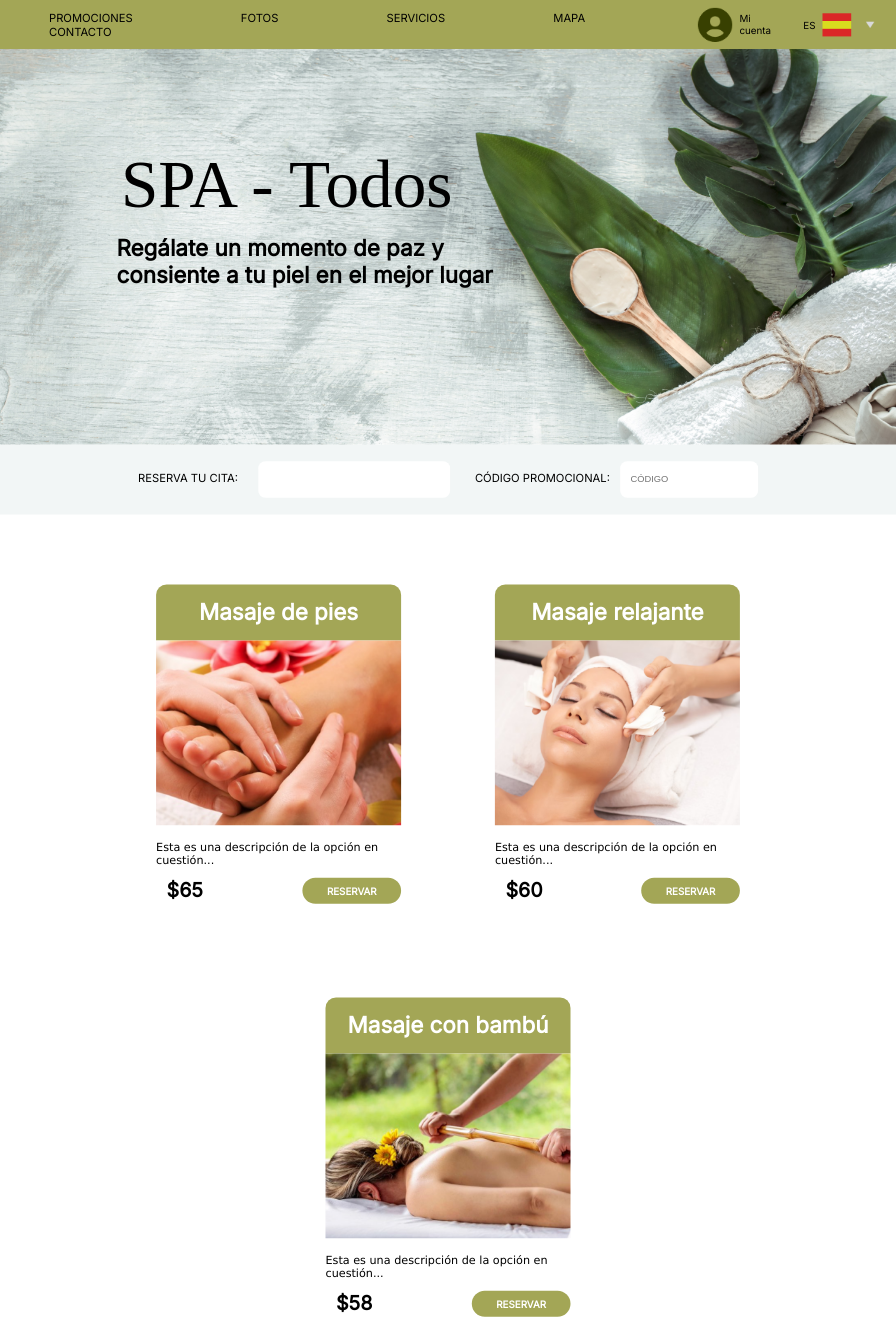
Repository: alexc492/Spa
Page: index.html
These files come from the project's save history. The page is drawn as it stood at one moment and after the next save; the edit follows.
The browser window is 1280 px wide. The pictures show the part of the page from y = 0 to 1920 px (the page is 2844 px tall), at 70% of full size.
Some web fonts or font styles are not loaded; a fallback is used.

Above is the page before, as saved 2025-05-27 04:02:34.

### index.html
<!DOCTYPE html>
<html lang="en">
<head>
    <meta charset="UTF-8">
    <meta name="viewport" content="width=device-width, initial-scale=1.0">
    <title>SPA</title>
    <link rel="stylesheet" href="styleSpa.css">
    <link href="https://fonts.googleapis.com/css2?family=Inter&display=swap" rel="stylesheet">
    <link href="https://fonts.googleapis.com/css2?family=Romanesco&display=swap" rel="stylesheet">
</head>
<body>
    <!-- Menú -->
     <header>
        <nav>
            <ul>
                <li><a href="#promociones">PROMOCIONES</a></li>
                <li><a href="#fotos">FOTOS</a></li>
                <li><a href="#servicios">SERVICIOS</a></li>
                <li><a href="#mapa">MAPa</a></li>
                <li><a href="#contacto">CONTACTO</a></li>
            </ul>
            <div class="derecha">
                <div class="user">
                    <img src="images/user.png" alt="avatar">
                    <span class="miniatura">Mi cuenta</span>
                </div>
                <div class="language">
                    <span class="miniatura">ES</span>
                    <img src="images/flag.png" alt="bandera">
                </div>
                <div class="flecha">
                    <img src="images/arrow.png" alt="flecha">
                </div>
            </div>
        </nav>
     </header>
    <!-- Contenido -->
     <div class="fondo">
        <img src="images/main.png" alt="fondo">
     </div>
     <div class="titulo">
        <h1>SPA - Todos</h1>
        <p>Regálate un momento de paz y <br> consiente a tu piel en el mejor lugar</p>
     </div>
     <!-- Reserva -->
      <div class="reserva">
        <div class="rc">
            <label for="reserva">Reserva tu cita:</label>
            <input type="text" id="cita" name="cita">
        </div>
        <div class="cp">
            <label for="codigo">Código promocional:</label>
            <input type="text" placeholder="CÓDIGO" id="promocional" name="promocional">
        </div>
      </div>
     <!-- Masajes -->
      <div class="tipos">
        <div class="masajes">
            <div class="masaje">
                <div class="nombre">
                    <h2>Masaje de pies</h2>
                </div>
                <div class="img-masaje">
                    <img src="images/pies.png" alt="Masaje de pies">
                </div>
                <div class="descripcion">
                    <p>Esta es una descripción de la opción en cuestión...</p>
                </div>
                <div class="pb">
                    <div class="precio">$65</div>
                    <!-- Botón de reserva -->
                    <div class="boton-reserva">
                        <a href="#reserva">Reservar</a>
                    </div>
                </div>
            </div>
            <div class="masaje">
                <div class="nombre">
                    <h2>Masaje relajante</h2>
                </div>
                <div class="img-masaje">
                    <img src="images/relajante.png" alt="Masaje relajante">
                </div>
                <div class="descripcion">
                    <p>Esta es una descripción de la opción en cuestión...</p>
                </div>
                <div class="pb">
                    <div class="precio">$60</div>
                    <!-- Botón de reserva -->
                    <div class="boton-reserva">
                        <a href="#reserva">Reservar</a>
                    </div>
                </div>
            </div>
            <div class="masaje">
                <div class="nombre">
                    <h2>Masaje con bambú</h2>
                </div>
                <div class="img-masaje">
                    <img src="images/bambu.png" alt="Masaje con bambú">
                </div>
                <div class="descripcion">
                    <p>Esta es una descripción de la opción en cuestión...</p>
                </div>
                <div class="pb">
                    <div class="precio">$58</div>
                    <!-- Botón de reserva -->
                    <div class="boton-reserva">
                        <a href="#reserva">Reservar</a>
                    </div>
                </div>
            </div>
        </div>
      </div>
    <!-- Planes de socio -->
    <div class="tipo-plan">
        <div class="descripcion-plan">
            <h2>Hazte socio y prueba nuestros beneficios</h2>
        </div>
        <div class="planes">
            <div class="plan">
                <div class="img-plan">
                    <img src="images/gold.png" alt="Plan Gold">
                </div>
                <div class="nombre-plan">
                    <h2>Gold</h2>
                </div>
                <!-- Botón ver condiciones -->
                <div class="boton-condiciones">
                    <a href="#vercondiciones">Ver condiciones</a>
                </div>
                <div class="beneficios">
                    <ul>
                        <li>Gimnasio</li>
                        <li>Piscina</li>
                        <li>Todos los tratamientos</li>
                    </ul>
                </div>
            </div>
            <div class="plan">
                <div class="img-plan">
                    <img src="images/premium.png" alt="Plan Premium">
                </div>
                <div class="nombre-plan">
                    <h2>Premium</h2>
                </div>
                <!-- Botón ver condiciones -->
                <div class="boton-condiciones">
                    <a href="#vercondiciones">Ver condiciones</a>
                </div>
                <div class="beneficios">
                    <ul>
                        <li>Gimnasio</li>
                        <li>Todos los tratamientos</li>
                    </ul>
                </div>
            </div>
            <div class="plan">
                <div class="img-plan">
                    <img src="images/plate.png" alt="Plan Gold">
                </div>
                <div class="nombre-plan">
                    <h2>Plate</h2>
                </div>
                <!-- Botón ver condiciones -->
                <div class="boton-condiciones">
                    <a href="#vercondiciones">Ver condiciones</a>
                </div>
                <div class="beneficios">
                    <ul>
                        <li>Tratamientos faciales</li>
                    </ul>
                </div>
            </div>
        </div>
    </div>
    <!-- Footer -->
    <footer class="footer">
        <ul>
            <li><a href="#politicasdecookies">Políticas de cookies</a></li>
            <li><a href="#avisolegal">Aviso legal</a></li>
            <li><a href="#protecciondedatos">Protección de datos</a></li>
            <li><a href="#mapadelsitio">Mapa del sitio</a></li>
        </ul>
        <div class="redes">
            <span>Síguenos en</span>
            <img src="images/rs_facebook.png" alt="facebook">
            <img src="images/rs_twiter.png" alt="twitter">
            <img src="images/rs_youtube.png" alt="youtube">
        </div>
    </footer>
</body>
</html>

### styleSpa.css
body{
    font-family:'Inter', sans-serif;
    background: #FFF;
    margin: 0;
    padding: 0;
}
/* Menú */
nav{
    background-color: #A3A656;
    color: #000;
    height: 70px;
    width: 100vw;
    top: 0;
    left: 0;
    display: flex;
    align-items: center;
}
nav ul{
    list-style: none;
    text-decoration: none;
    padding-left: 70px;
}
nav ul a{
    text-decoration: none;
    color: #000;
}
nav ul li{
    display: inline;
    padding-right: 150px;
    font-size: 16px;
    font-weight: 400;
    text-transform: uppercase;
}
nav ul li:hover{
    background-color: #FFFF00;
}

nav .derecha{
    display: flex;
    align-items: flex-end center;
    margin-left: auto;
}
.miniatura{
    font-weight: 400;
    font-size: 14px;
}
.user{
    display: flex;
    align-items: center;
    margin-left: auto;
}
nav .user img{
    width: 50px;
    height: 50px;
    margin-right: 10px;
}
nav .user span{
    margin-right: 45px;
}
.language{
    display: flex;
    align-items: center;
    margin-left: auto;
    margin-right: 20px;
}
nav .language span{
    margin-right: 10px;
}
nav .flecha{
    display: flex;
    align-items: center;
    margin-left: auto;
    margin-right: 30px;
}

/* Contenido */
.fondo img{
    width: 100vw;
}
.titulo h1{
    font-family: 'Romanesco', cursive;
    color: #000;
    font-size: 96px;
    font-weight: 400;
    position: absolute;
    top: 20%;
    left: 13.5%;
}
.titulo p{
    font-family: 'Inter', sans-serif;
    color: #000;
    font-size: 32px;
    font-weight: 600;
    position: absolute;
    top: 42%;
    left: 13%;
    list-style: inline;
}

/* Reserva */
.reserva{
    background: #F2F6F6;
    height: 100px;
    width: 100vw;
    margin-top: -4px;
    display: flex;
    align-items: center;
    justify-content: center;
}
.reserva label{
    color: #000;
    font-family: 'Inter', sans-serif;
    font-size: 16px;
    font-weight: 400;
    text-transform: uppercase;
}
.rc label{
    margin-right: 25px;
}
.rc input{
    width: 270px;
    height: 50px;
    border-radius: 10px;
    border: none;
}
.cp label{
    margin-left: 35px;
    margin-right: 10px;
}
.cp input{
    width: 180px;
    height: 50px;
    border-radius: 10px;
    border: none;
    padding-left: 15px;
}

/* Masajes */
.tipos .masajes{
    display: flex;
    justify-content: center;
    align-items: center;
    flex-wrap: wrap;
    gap: 134px;
    padding-top: 100px;
    padding-bottom: 70px;
}
.masaje{
    background: #FFF;
    font-family: Verdana, Geneva, Tahoma, sans-serif;
    border-radius: 15px 15px 0px 0px;
    width: 350px;
}
.masaje .nombre h2{
    background: #A3A656;
    color: #FFF;
    font-family: 'Inter', sans-serif;
    font-size: 32px;
    font-weight: 600;
    text-align: center;
    margin: 0;
    padding: 20px 0px 0px 0px;
    height: 60px;
    border-radius: 15px 15px 0px 0px;
}
.masaje .precio{
    font-family: 'Inter', sans-serif;
    font-weight: 600;
    font-size: 28px;
    padding-left: 15px;
}
.pb{
    display: flex;
    justify-content: space-between;
    align-items: center;
}
.masaje .boton-reserva{
    background: #A3A656;
    font-family: 'Inter', sans-serif;
    font-weight: 600;
    font-size: 14px;
    text-align: center;
    padding: 10px 35px;
    border-radius: 35px;
    cursor: pointer;
}
.masaje .boton-reserva:hover{
    background: #384001;
}
.boton-reserva a{
    text-decoration: none;
    color: #FFF;
    text-transform: uppercase;
}

/* Planes */
.tipo-plan{
    background: #F2F6F6;
    height: 770px;
    width: 100vw;
}
.tipo-plan .descripcion-plan h2{
    font-family: 'Inter', sans-serif;
    font-weight: 600;
    font-size: 32px;
    color: #000;
    text-align: center;
    padding-top: 35px;
    padding-bottom: 50px;
}
.tipo-plan .planes{
    display: flex;
    justify-content: center;
    align-items: center;
    flex-wrap: wrap;
    gap: 150px;
}
.plan .img-plan{
    background:#FFF;
    width: 233px;
    height: 233px;
    padding: 11px;
    border-radius: 50%;
    border:#384001 solid 10px;
    display: flex;
    justify-content: center;
    align-items: center;
}
.plan .nombre-plan{
    font-family: 'Inter', sans-serif;
    font-weight: 600;
    font-size: 20px;
    color: #000;
    text-transform: uppercase;
    text-align: center;
}
.plan .boton-condiciones a{
    text-decoration: none;
    color: #FFF;
    text-transform: uppercase;
}
.plan .boton-condiciones{
    background: #A3A656;
    font-family: 'Inter', sans-serif;
    font-weight: 600;
    font-size: 14px;
    text-align: center;
    padding: 20px 35px;
    border-radius: 35px;
    cursor: pointer;
}
.plan .boton-condiciones:hover{
    background: #384001;
}
.plan .beneficios{
    font-family: 'Inter', sans-serif;
    font-weight: 400;
    font-size: 16px;
    color: #000;
    display: flex;
    justify-content: center;
}
.plan .beneficios ul li{
    padding: 6px 0px 0px;
}

/* Footer */
.footer{
    background: #384001;
    height: 97px;
    width: 100vw;
    display: flex;
    align-items: center;
}
.footer ul{
    list-style: none;
    text-decoration: none;
    padding-left: 70px;
}
.footer ul a{
    text-decoration: none;
    color: #A3A656;
}
.footer ul li{
    display: inline;
    padding-right: 80px;
    font-family: 'Inter', sans-serif;
    font-size: 16px;
    font-weight: 400;
    text-transform: uppercase;
}
.footer .redes{
    display: flex;
    align-items: flex-end center;
    margin-left: auto;
}
.redes{
    display: flex;
    align-items: center;
    margin-left: auto;
    margin-right: 20px;
}
.footer .redes span{
    color: #A3A656;
    font-family: 'Inter', sans-serif;
    font-weight: 400;
    font-size: 16px;
    text-transform: uppercase;
    margin-right: 25px;
}
.footer .redes img{
    padding-right: 35px;
}

After the next save:
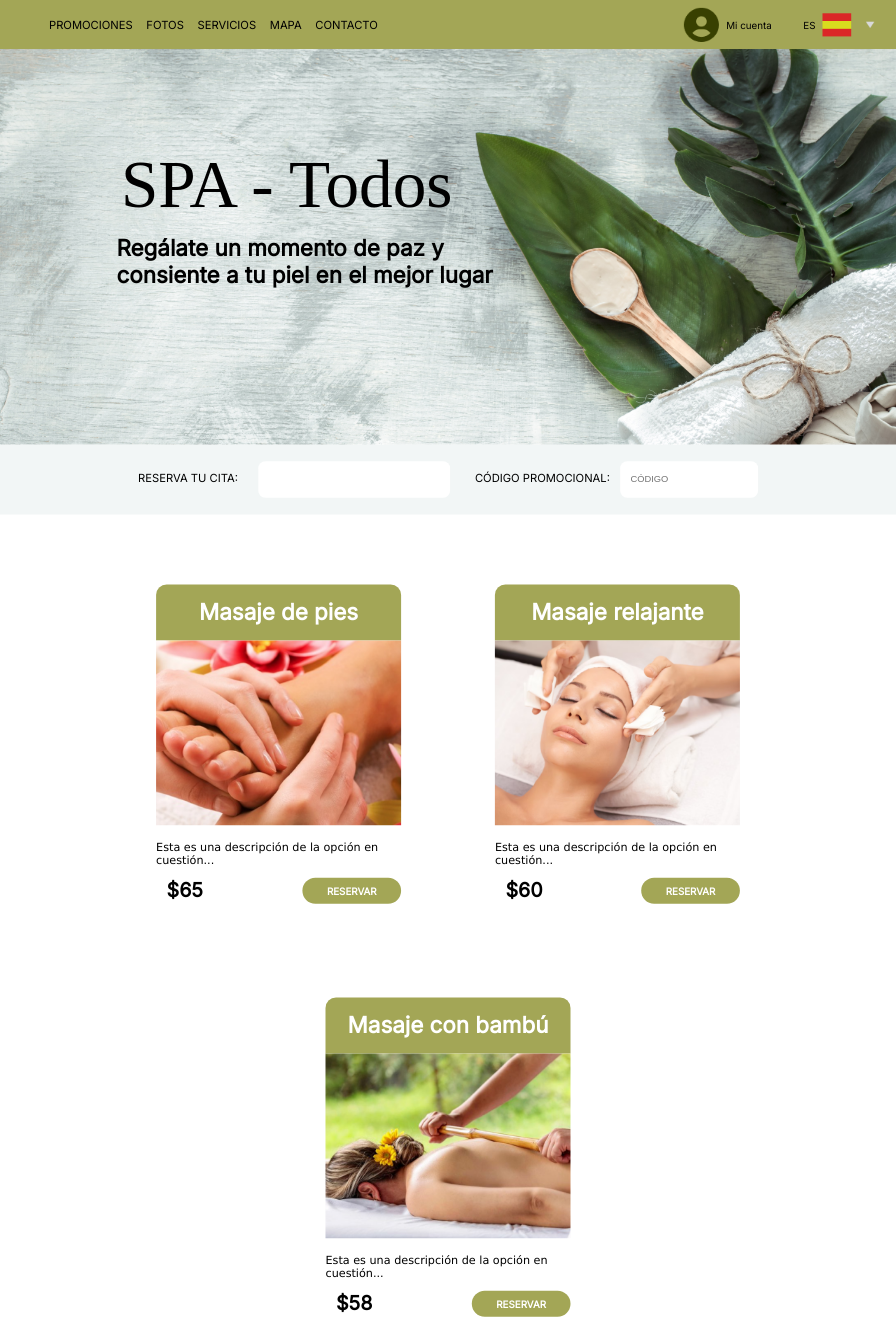
Saved 4 s later.
--- a/styleSpa.css
+++ b/styleSpa.css
@@ -26,7 +26,7 @@ nav ul a{
 }
 nav ul li{
     display: inline;
-    padding-right: 150px;
+    padding-right: 15px;
     font-size: 16px;
     font-weight: 400;
     text-transform: uppercase;
